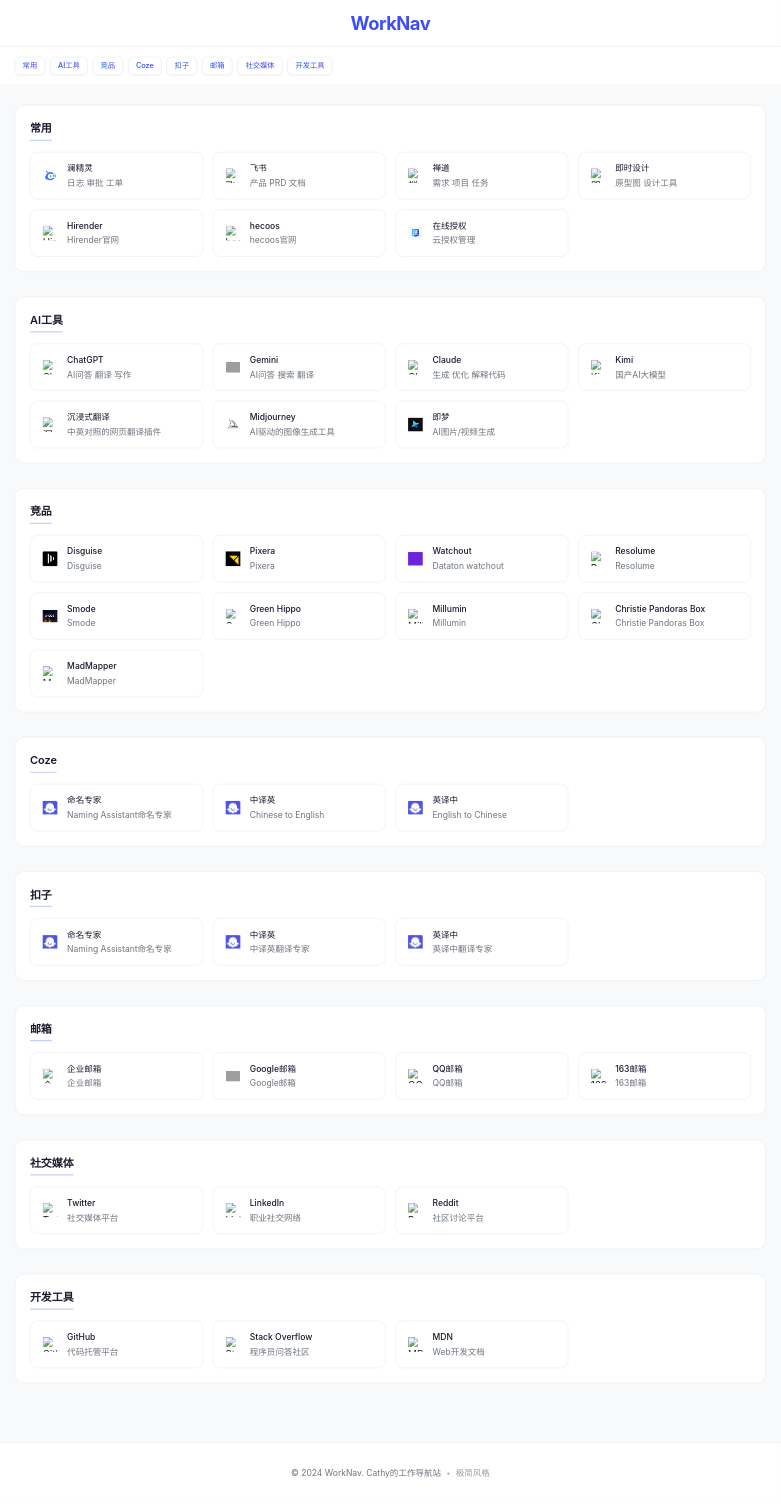
Repository: SweetPomelo0/WorkNav
Page: /
An editor plug-in stored every save of this project. The page is shown before and after the next save, followed by the edit.
The browser window is 1280 px wide. The pictures show the whole page, at 61% of full size.
Pictures or frames that could not be fetched are drawn as grey boxes. The project was rebuilt for these pictures with package versions that can differ from the ones it lists, and the page was loaded fresh each time. The framework's server and built-in components were replaced by stand-ins that run in the browser. Also part of the build but not shown: next.config.ts.

Above is the page before, as saved 2025-07-26 21:32:38.

After the next save:
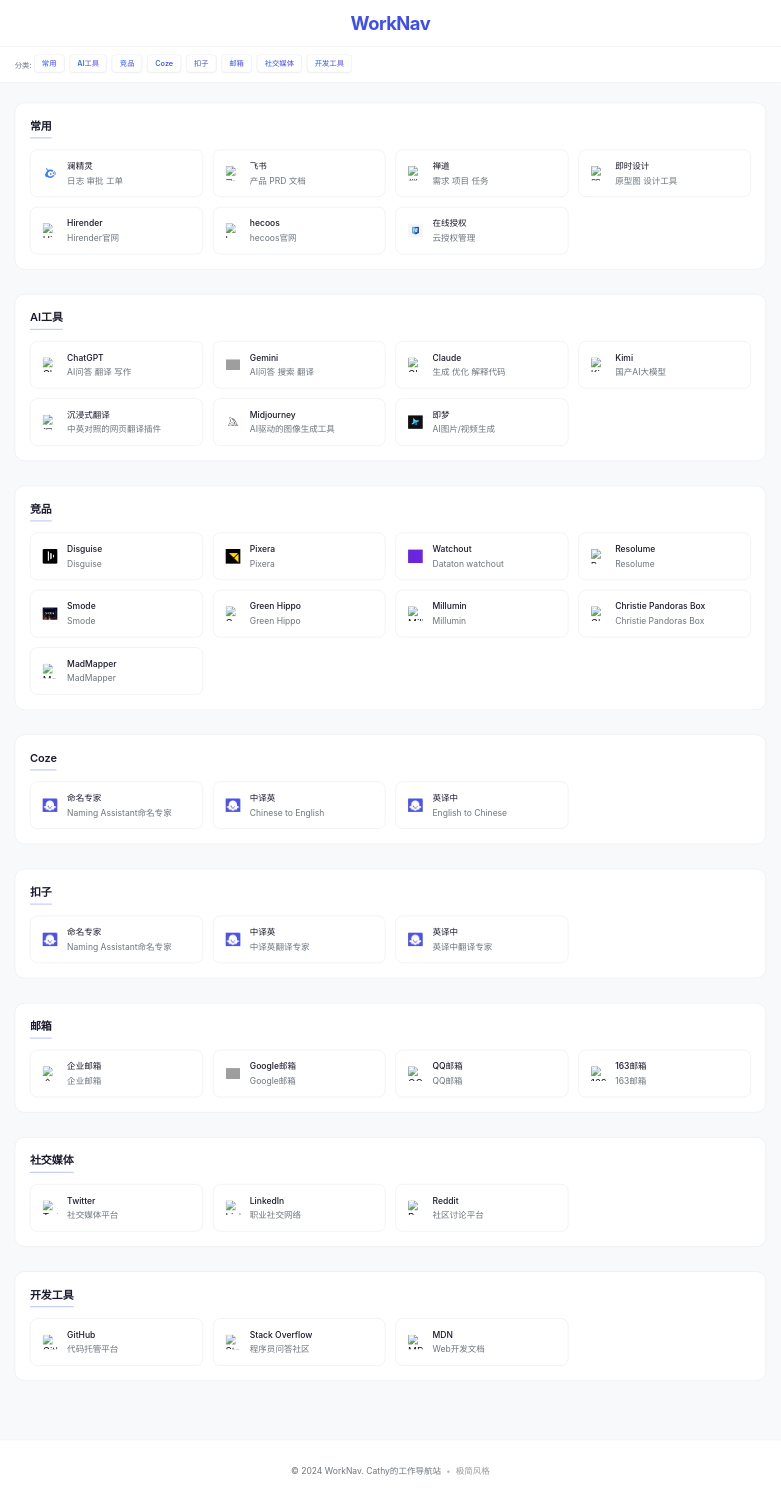
Saved 25 s later.
--- a/src/app/page.tsx
+++ b/src/app/page.tsx
@@ -97,25 +97,30 @@
       </header>
 
       {/* Category Navigation */}
-      <div className="sticky top-0 z-10 py-2" style={{ background: 'var(--header-bg)', borderBottom: '1px solid var(--card-border)', backdropFilter: 'blur(12px)' }}>
-        <div className="max-w-7xl mx-auto px-6 overflow-x-auto">
-          <div className="flex space-x-2 py-2">
-            {categories.map((category, index) => (
-              <a
-                key={index}
-                href={`#category-${index}`}
-                className="text-xs font-medium whitespace-nowrap px-3 py-1.5 rounded-lg transition-all duration-200 hover:scale-105"
-                style={{
-                  background: 'var(--card-bg)',
-                  border: '1px solid var(--card-border)',
-                  boxShadow: '0 1px 2px rgba(0,0,0,0.05)'
-                }}
-              >
-                <span className="bg-clip-text text-transparent bg-gradient-to-r from-blue-600 to-indigo-600 dark:from-blue-400 dark:to-indigo-400">
-                  {category.title}
-                </span>
-              </a>
-            ))}
+      <div className="sticky top-0 z-10" style={{ background: 'var(--header-bg)', borderBottom: '1px solid var(--card-border)', backdropFilter: 'blur(12px)' }}>
+        <div className="max-w-7xl mx-auto px-6 py-3 overflow-x-auto">
+          <div className="flex items-center space-x-3">
+            <div className="flex-shrink-0 mr-1">
+              <span className="text-xs font-medium text-gray-500 dark:text-gray-400">分类:</span>
+            </div>
+            <div className="flex space-x-2 overflow-x-auto pb-1 scrollbar-thin">
+              {categories.map((category, index) => (
+                <a
+                  key={index}
+                  href={`#category-${index}`}
+                  className="text-xs font-medium whitespace-nowrap px-3 py-1.5 rounded-md transition-all duration-200 hover:scale-105 flex-shrink-0"
+                  style={{
+                    background: 'var(--card-bg)',
+                    border: '1px solid var(--card-border)',
+                    boxShadow: '0 1px 2px rgba(0,0,0,0.05)'
+                  }}
+                >
+                  <span className="bg-clip-text text-transparent bg-gradient-to-r from-blue-600 to-indigo-600 dark:from-blue-400 dark:to-indigo-400">
+                    {category.title}
+                  </span>
+                </a>
+              ))}
+            </div>
           </div>
         </div>
       </div>
